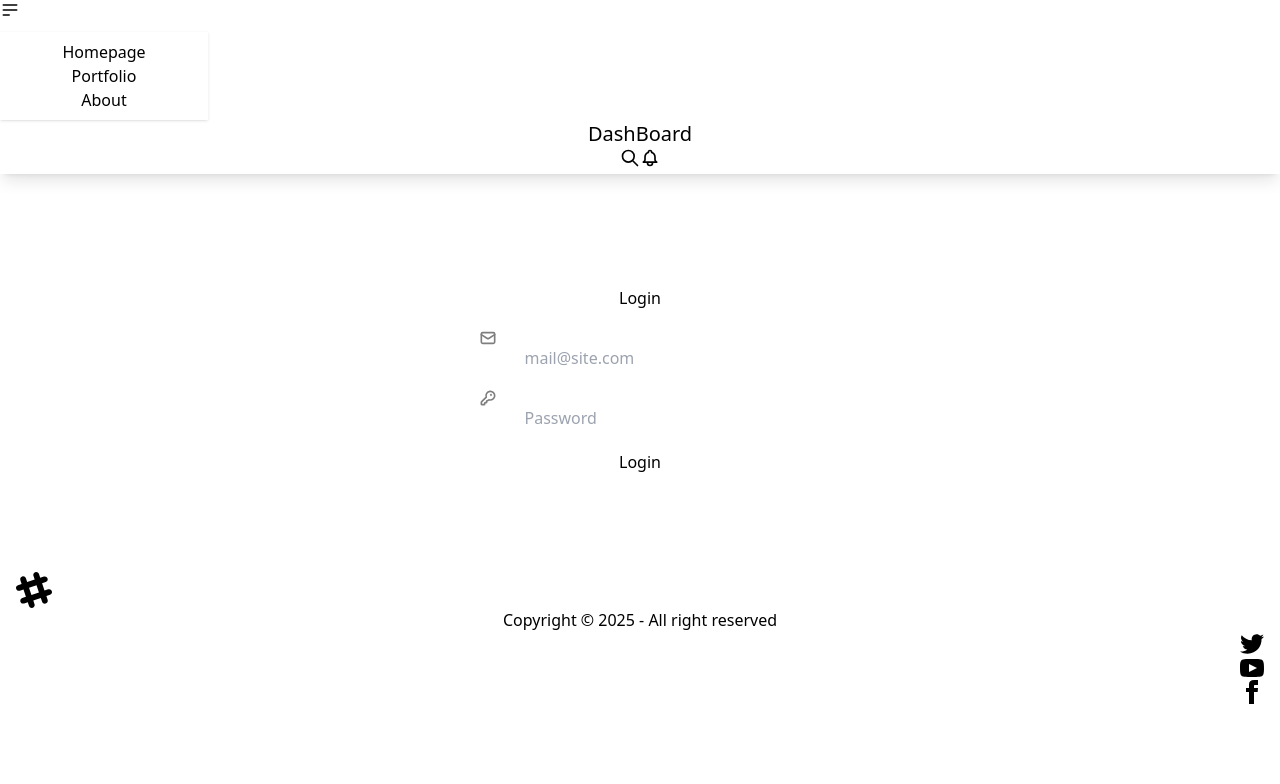
Repository: ROHIT8804/devTinderFrontEnd
Page: /login (app in devTinder-Web/)
The author's editor kept a copy of each file at every save. The page is drawn from the files as they stood at one save, then again after the next save.
The browser window is 1280 px wide. The pictures show the whole page.
The project was rebuilt for these pictures with package versions that can differ from the ones it lists, and the page was loaded fresh each time. Also part of the build but not shown: devTinder-Web/vite.config.js, devTinder-Web/src/Profile.jsx.

Above is the page before, as saved 2025-07-26 17:06:58.

### devTinder-Web/src/App.jsx
import { useState } from "react";
import "./App.css";
import { Routes } from "react-router-dom";
import { BrowserRouter, Route } from "react-router-dom";
import Body from "./Body";
import Login from "./Login";
import Profile from "./Profile";

function App() {
  const [count, setCount] = useState(0);

  return (
    <>
      <BrowserRouter>
        <Routes>
          <Route path="/" element={<Body />} >
            <Route path="/login" element={<Login />} />
            <Route path="/profile" element={<Profile />} />
          </Route>
        </Routes>
      </BrowserRouter>
    </>
  );
}

export default App;

### devTinder-Web/src/Body.jsx
import { Outlet } from "react-router-dom";
import Nav from "./Nav";
import Footer from "./Footer";

function Body() {
  return (
    <div className="relative min-h-screen ">
      {/* Fixed Navbar */}
      <div className="fixed top-0 left-0 w-full z-50">
        <Nav />
      </div>
      {/* Main Content */}
      <div className="flex flex-col items-center justify-center pt-[3.5rem] pb-[5rem] min-h-screen">
        <Outlet />
      </div>
      {/* Fixed Footer */}
      <div className="fixed bottom-0 left-0 w-full z-50">
        <Footer />
      </div>
    </div>
  );
}

export default Body;

### devTinder-Web/src/Login.jsx
function Login() {
  return (
    <div className="card card-border bg-base-100 w-96">
        <h2 className="card-title justify-center">Login</h2>
      <div className="card-body">
        <div class="mt-5">
          <label className="input validator">
            <svg
              className="h-[1em] opacity-50"
              xmlns="http://www.w3.org/2000/svg"
              viewBox="0 0 24 24"
            >
              <g
                strokeLinejoin="round"
                strokeLinecap="round"
                strokeWidth="2.5"
                fill="none"
                stroke="currentColor"
              >
                <rect width="20" height="16" x="2" y="4" rx="2"></rect>
                <path d="m22 7-8.97 5.7a1.94 1.94 0 0 1-2.06 0L2 7"></path>
              </g>
            </svg>
            <input type="email" placeholder="mail@site.com" required />
          </label>
          <div className="validator-hint hidden">Enter valid email address</div>
        </div>
        <div className="mt-5">
          <label className="input validator">
            <svg
              className="h-[1em] opacity-50"
              xmlns="http://www.w3.org/2000/svg"
              viewBox="0 0 24 24"
            >
              <g
                strokeLinejoin="round"
                strokeLinecap="round"
                strokeWidth="2.5"
                fill="none"
                stroke="currentColor"
              >
                <path d="M2.586 17.414A2 2 0 0 0 2 18.828V21a1 1 0 0 0 1 1h3a1 1 0 0 0 1-1v-1a1 1 0 0 1 1-1h1a1 1 0 0 0 1-1v-1a1 1 0 0 1 1-1h.172a2 2 0 0 0 1.414-.586l.814-.814a6.5 6.5 0 1 0-4-4z"></path>
                <circle cx="16.5" cy="7.5" r=".5" fill="currentColor"></circle>
              </g>
            </svg>
            <input
              type="password"
              required
              placeholder="Password"
              minlength="8"
              pattern="(?=.*\d)(?=.*[a-z])(?=.*[A-Z]).{8,}"
              title="Must be more than 8 characters, including number, lowercase letter, uppercase letter"
            />
          </label>
          <p className="validator-hint hidden">
            Must be more than 8 characters, including
            <br />
            At least one number <br />
            At least one lowercase letter <br />
            At least one uppercase letter
          </p>
        </div>
        <div className="card-actions justify-center mt-5">
          <button className="btn btn-primary">Login</button>
        </div>
      </div>
    </div>
  );
}

export default Login;

### devTinder-Web/src/Nav.jsx


function Nav() {
   return (
    <>
    {/* Navigation Bar */}
      <div className="navbar bg-base-100 shadow-lg">
        <div className="navbar-start">
          <div className="dropdown">
            <div
              tabIndex={0}
              role="button"
              className="btn btn-ghost btn-circle"
            >
              <svg
                xmlns="http://www.w3.org/2000/svg"
                className="h-5 w-5"
                fill="none"
                viewBox="0 0 24 24"
                stroke="currentColor"
              >
                <path
                  strokeLinecap="round"
                  strokeLinejoin="round"
                  strokeWidth="2"
                  d="M4 6h16M4 12h16M4 18h7"
                />
              </svg>
            </div>
            <ul
              tabIndex={0}
              className="menu menu-sm dropdown-content bg-base-100 rounded-box z-[1] mt-3 w-52 p-2 shadow"
            >
              <li>
                <a>Homepage</a>
              </li>
              <li>
                <a>Portfolio</a>
              </li>
              <li>
                <a>About</a>
              </li>
            </ul>
          </div>
        </div>

        <div className="navbar-center">
          <a className="btn btn-ghost text-xl">DashBoard</a>
        </div>

        <div className="navbar-end">
          <button className="btn btn-ghost btn-circle">
            <svg
              xmlns="http://www.w3.org/2000/svg"
              className="h-5 w-5"
              fill="none"
              viewBox="0 0 24 24"
              stroke="currentColor"
            >
              <path
                strokeLinecap="round"
                strokeLinejoin="round"
                strokeWidth="2"
                d="M21 21l-6-6m2-5a7 7 0 11-14 0 7 7 0 0114 0z"
              />
            </svg>
          </button>

          <button className="btn btn-ghost btn-circle">
            <div className="indicator">
              <svg
                xmlns="http://www.w3.org/2000/svg"
                className="h-5 w-5"
                fill="none"
                viewBox="0 0 24 24"
                stroke="currentColor"
              >
                <path
                  strokeLinecap="round"
                  strokeLinejoin="round"
                  strokeWidth="2"
                  d="M15 17h5l-1.405-1.405A2.032 2.032 0 0118 14.158V11a6.002 6.002 0 00-4-5.659V5a2 2 0 10-4 0v.341C7.67 6.165 6 8.388 6 11v3.159c0 .538-.214 1.055-.595 1.436L4 17h5m6 0v1a3 3 0 11-6 0v-1m6 0H9"
                />
              </svg>
              <span className="badge badge-xs badge-primary indicator-item"></span>
            </div>
          </button>
        </div>
      </div>
    </>

   );
 }

 export default Nav;

### devTinder-Web/src/Footer.jsx
function Footer() {
  return (
    <div>
        {/* Footer */}
      <footer className="footer sm:footer-horizontal bg-neutral text-neutral-content items-center p-4">
        <aside className="grid-flow-col items-center">
          <svg
            width="36"
            height="36"
            viewBox="0 0 24 24"
            xmlns="http://www.w3.org/2000/svg"
            fillRule="evenodd"
            clipRule="evenodd"
            className="fill-current">
            <path
              d="M22.672 15.226l-2.432.811.841 2.515c.33 1.019-.209 2.127-1.23 2.456-1.15.325-2.148-.321-2.463-1.226l-.84-2.518-5.013 1.677.84 2.517c.391 1.203-.434 2.542-1.831 2.542-.88 0-1.601-.564-1.86-1.314l-.842-2.516-2.431.809c-1.135.328-2.145-.317-2.463-1.229-.329-1.018.211-2.127 1.231-2.456l2.432-.809-1.621-4.823-2.432.808c-1.355.384-2.558-.59-2.558-1.839 0-.817.509-1.582 1.327-1.846l2.433-.809-.842-2.515c-.33-1.02.211-2.129 1.232-2.458 1.02-.329 2.13.209 2.461 1.229l.842 2.515 5.011-1.677-.839-2.517c-.403-1.238.484-2.553 1.843-2.553.819 0 1.585.509 1.85 1.326l.841 2.517 2.431-.81c1.02-.33 2.131.211 2.461 1.229.332 1.018-.21 2.126-1.23 2.456l-2.433.809 1.622 4.823 2.433-.809c1.242-.401 2.557.484 2.557 1.838 0 .819-.51 1.583-1.328 1.847m-8.992-6.428l-5.01 1.675 1.619 4.828 5.011-1.674-1.62-4.829z"></path>
          </svg>
          <p>Copyright © {new Date().getFullYear()} - All right reserved</p>
        </aside>
        <nav className="grid-flow-col gap-4 md:place-self-center md:justify-self-end">
          <a>
            <svg
              xmlns="http://www.w3.org/2000/svg"
              width="24"
              height="24"
              viewBox="0 0 24 24"
              className="fill-current">
              <path
                d="M24 4.557c-.883.392-1.832.656-2.828.775 1.017-.609 1.798-1.574 2.165-2.724-.951.564-2.005.974-3.127 1.195-.897-.957-2.178-1.555-3.594-1.555-3.179 0-5.515 2.966-4.797 6.045-4.091-.205-7.719-2.165-10.148-5.144-1.29 2.213-.669 5.108 1.523 6.574-.806-.026-1.566-.247-2.229-.616-.054 2.281 1.581 4.415 3.949 4.89-.693.188-1.452.232-2.224.084.626 1.956 2.444 3.379 4.6 3.419-2.07 1.623-4.678 2.348-7.29 2.04 2.179 1.397 4.768 2.212 7.548 2.212 9.142 0 14.307-7.721 13.995-14.646.962-.695 1.797-1.562 2.457-2.549z"></path>
            </svg>
          </a>
          <a>
            <svg
              xmlns="http://www.w3.org/2000/svg"
              width="24"
              height="24"
              viewBox="0 0 24 24"
              className="fill-current">
              <path
                d="M19.615 3.184c-3.604-.246-11.631-.245-15.23 0-3.897.266-4.356 2.62-4.385 8.816.029 6.185.484 8.549 4.385 8.816 3.6.245 11.626.246 15.23 0 3.897-.266 4.356-2.62 4.385-8.816-.029-6.185-.484-8.549-4.385-8.816zm-10.615 12.816v-8l8 3.993-8 4.007z"></path>
            </svg>
          </a>
          <a>
            <svg
              xmlns="http://www.w3.org/2000/svg"
              width="24"
              height="24"
              viewBox="0 0 24 24"
              className="fill-current">
              <path
                d="M9 8h-3v4h3v12h5v-12h3.642l.358-4h-4v-1.667c0-.955.192-1.333 1.115-1.333h2.885v-5h-3.808c-3.596 0-5.192 1.583-5.192 4.615v3.385z"></path>
            </svg>
          </a>
        </nav>
      </footer>
    </div>
  )
}

export default Footer;

### devTinder-Web/tailwind.config.js
/** @type {import('tailwindcss').Config} */
export default {
  content: [
    "./index.html",
    "./src/**/*.{js,ts,jsx,tsx}",
  ],
  theme: {
    extend: {},
  },
  plugins: [require("daisyui")],
  daisyui: {
    themes: ["light", "dark", "cupcake"],
    darkTheme: "light", // Set this to "light" for light theme default
    base: true,
    styled: true,
    utils: true,
  },
}

Loaded but not shown: devTinder-Web/index.html (common file); devTinder-Web/src/main.jsx (common file); devTinder-Web/src/index.css (common file); devTinder-Web/src/App.css (common file)

After the next save:
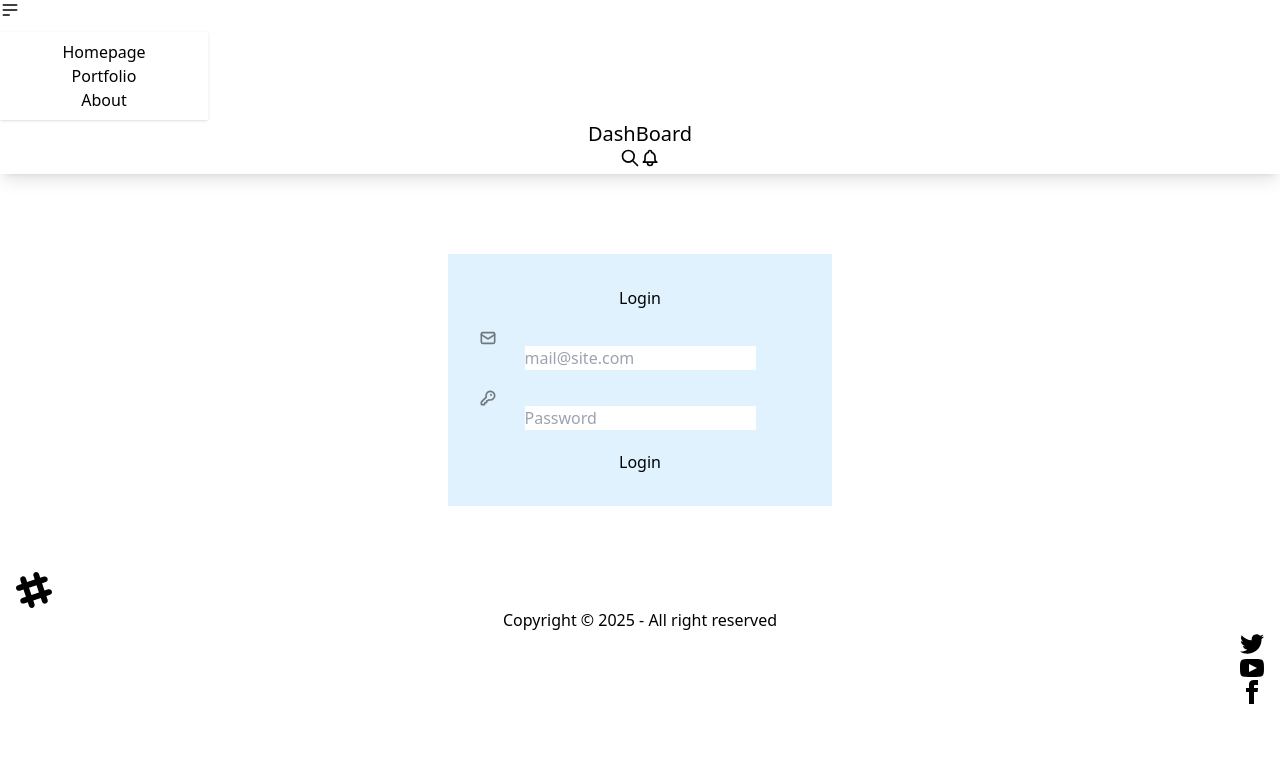
Saved 75 s later.
--- a/devTinder-Web/src/Login.jsx
+++ b/devTinder-Web/src/Login.jsx
@@ -1,6 +1,6 @@
 function Login() {
   return (
-    <div className="card card-border bg-base-100 w-96">
+    <div className="card card-border bg-base-100 w-96" style={{ backgroundColor: "#e0f2fe" }}>
         <h2 className="card-title justify-center">Login</h2>
       <div className="card-body">
         <div class="mt-5">
